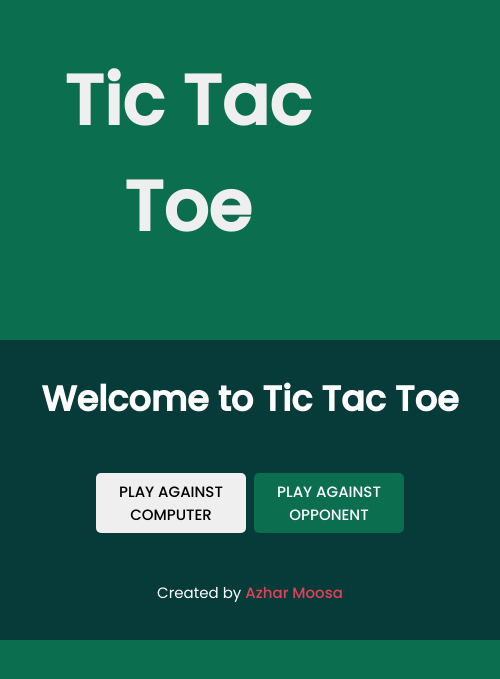
Repository: AzharMoosa/tic-tac-toe-game
Page: /
These files come from the project's save history. The page is drawn as it stood at one moment and after the next save; the edit follows.
The browser window is 375 px wide. The page is 500 px wide, then 375 px, so the pictures cover 500 px, including what lies to the right of the window. The pictures show the whole page.
The project was rebuilt for these pictures with package versions that can differ from the ones it lists, and the page was loaded fresh each time.

Above is the page before, as saved 2020-10-11 18:51:31.

After the next save:
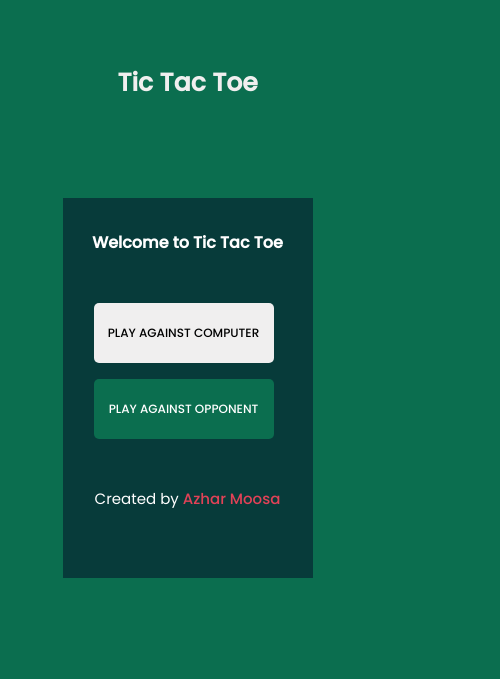
Saved 3 s later.
--- a/src/App.css
+++ b/src/App.css
@@ -67,10 +67,14 @@ body {
 .header {
   text-align: center;
   display: flex;
-  justify-content: center;
-  margin-top: 3rem;
-  font-size: 35px;
+  justify-content: space-between;
+  font-size: 20px;
   color: var(--text-highlight);
+  margin: 3rem 2rem 0 2rem;
+}
+
+.header h3 {
+  font-size: 20px;
 }
 
 /* MAIN MENU */
@@ -177,3 +181,109 @@ body {
 .square:nth-child(8) {
   border-right: 10px solid var(--secondary);
 }
+
+/* MEDIA QUERIES */
+@media (max-width: 900px) {
+  .header {
+    font-size: 25px;
+  }
+
+  .header h3 {
+    font-size: 18px;
+  }
+
+  .game-board {
+    width: 500px;
+    height: 500px;
+  }
+}
+
+@media (max-width: 600px) {
+  .header {
+    justify-content: center;
+    flex-direction: column;
+  }
+
+  .header h1 {
+    margin: 1rem 0;
+  }
+
+  .game-board {
+    width: 400px;
+    height: 400px;
+  }
+
+  .main-menu {
+    width: 350px;
+    height: 350px;
+  }
+
+  .main-menu h3 {
+    font-size: 20px;
+  }
+
+  .btns {
+    flex-direction: column;
+  }
+
+  .btn-primary:first-child {
+    margin-bottom: 1rem;
+  }
+
+  .player-input {
+    width: 300px;
+    font-size: 15px;
+  }
+
+  .computer-menu {
+    height: 250px;
+  }
+
+  .square {
+    font-size: 80px;
+  }
+}
+
+@media (max-width: 450px) {
+  .game-board {
+    width: 300px;
+    height: 300px;
+  }
+
+  .header h1 {
+    font-size: 25px;
+  }
+
+  .main-menu {
+    width: 250px;
+    height: 380px;
+  }
+
+  .main-menu h3 {
+    font-size: 16px;
+  }
+
+  .player-input {
+    width: 200px;
+    font-size: 12px;
+  }
+
+  .computer-menu {
+    height: 250px;
+  }
+
+  .square {
+    font-size: 60px;
+  }
+
+  .btn {
+    width: 180px;
+    height: 60px;
+    font-size: 12px;
+  }
+
+  .btn-small {
+    width: 100px;
+    font-size: 18px;
+  }
+}
